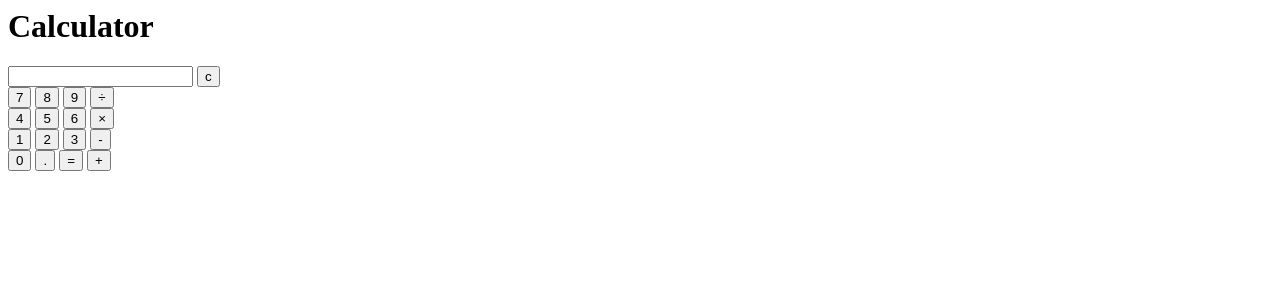
Repository: yu-yaba/Css-Calculator
Page: index.html
The author's editor kept a copy of each file at every save. The page is drawn from the files as they stood at one save, then again after the next save.
The browser window is 1280 px wide. The pictures show the whole page.

Above is the page before, as saved 2022-11-29 09:59:09.

After the next save:
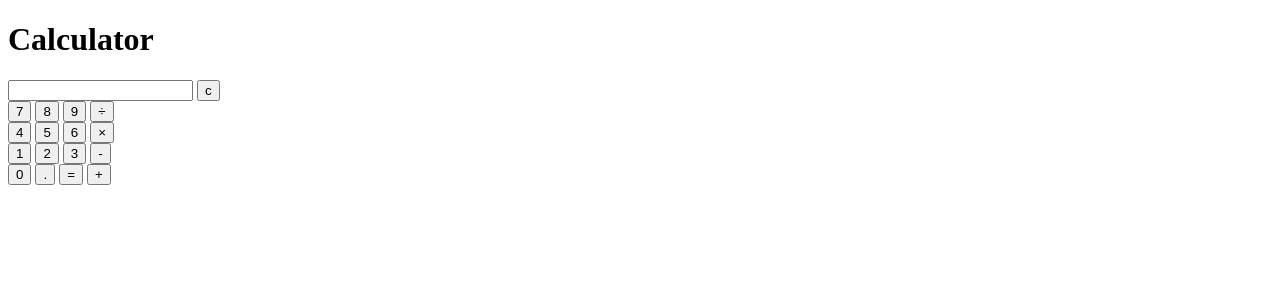
Saved 33 s later.
--- a/index.html
+++ b/index.html
@@ -1,4 +1,15 @@
+<!DOCTYPE html>
+<html lang="en">
+<head>
+   <meta charset="UTF-8">
+   <meta http-equiv="X-UA-Compatible" content="IE=edge">
+   <meta name="viewport" content="width=device-width, initial-scale=1.0">
+   <title>Document</title>
+</head>
+<body>
 
+</body>
+</html>
 <div class="container">
     <!-- 計算機本体 -->
     <div class="calc-body">
